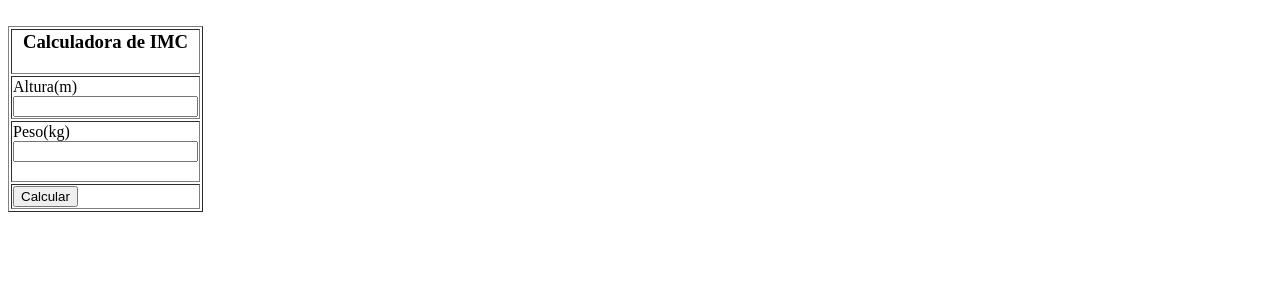
Repository: Patriciamativi/Projetos
Page: index.html
These files come from the project's save history. The page is drawn as it stood at one moment and after the next save; the edit follows.
The browser window is 1280 px wide. The pictures show the whole page.

Above is the page before, as saved 2022-11-17 21:09:03.

### index.html
<html>
    <head>
        <title>Calculadora de IMC</title>
        <meta charset="utf-8"/>
    </head>
<table border="1">
    <br>
        <tr>
            <th><h3>Calculadora de IMC</h3></th> </tr>

        <tr><td>Altura(m)<br/>
            <input type: "number" ></br> </td></tr>

        <tr><td>Peso(kg)<br/>
            <input type: "number" > </br></br></td></tr>

        <tr><td><input type= "submit" value="Calcular"></td></tr>

    </form>
    </table>
</body>
</html>

After the next save:
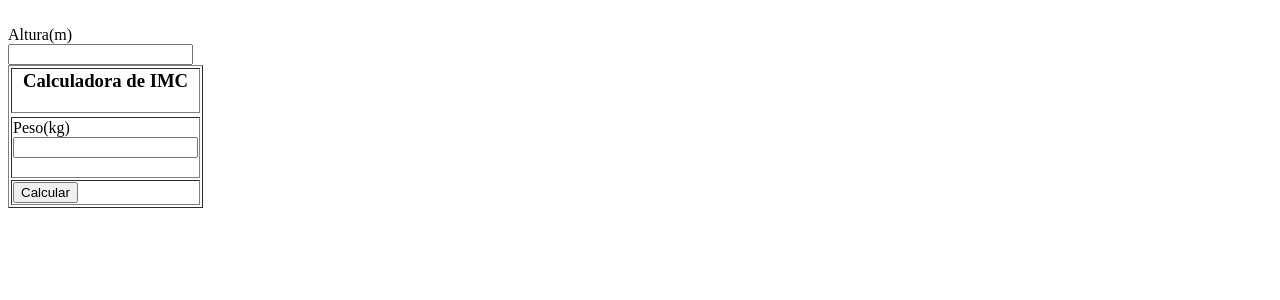
Saved 8 s later.
--- a/index.html
+++ b/index.html
@@ -8,7 +8,7 @@
         <tr>
             <th><h3>Calculadora de IMC</h3></th> </tr>
 
-        <tr><td>Altura(m)<br/>
+        <tr>Altura(m)<br/>
             <input type: "number" ></br> </td></tr>
 
         <tr><td>Peso(kg)<br/>
